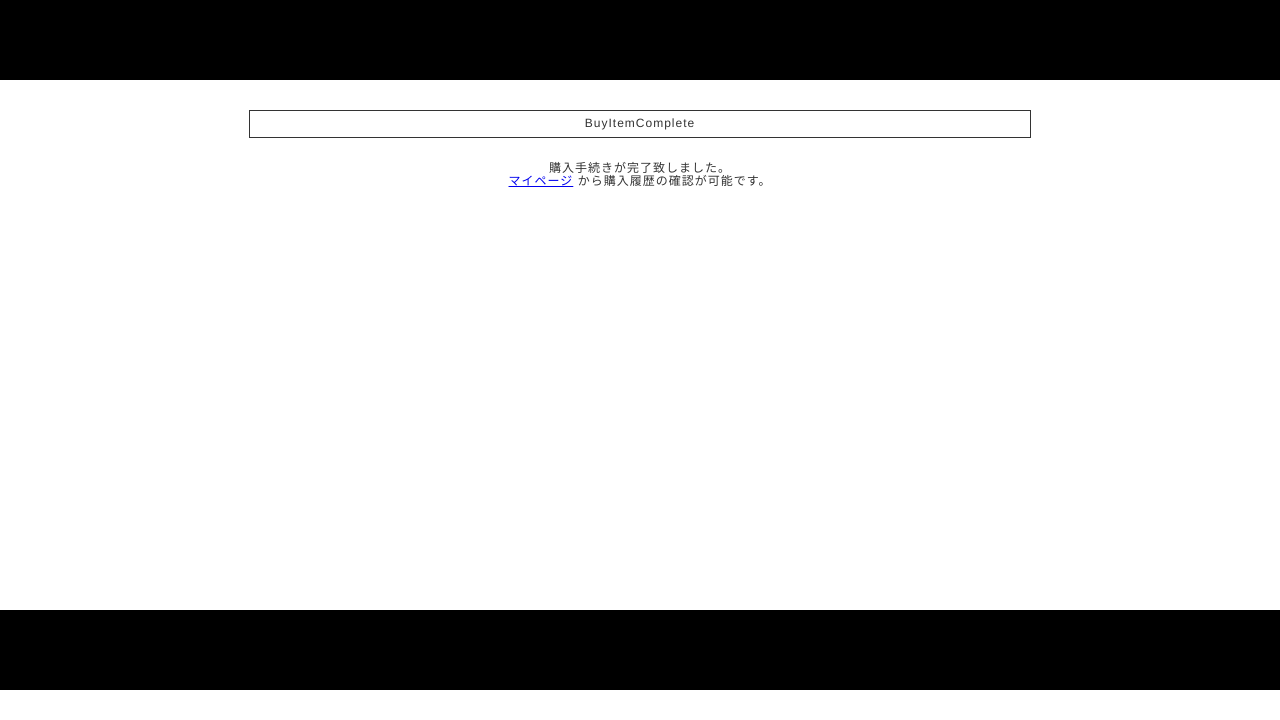
Repository: gjp373/test
Page: http://localhost/template/buyItemComplete.jsp
An editor plug-in stored every save of this project. The page is shown before and after the next save, followed by the edit.
The browser window is 1280 px wide. The pictures show the whole page.
The page is served by Tomcat 9. Other server files are loaded and not shown.

Above is the page before, as saved 2018-03-30 01:36:39.

### template/WebContent/buyItemComplete.jsp
<%@ page language="java" contentType="text/html; charset=UTF-8"
    pageEncoding="UTF-8"%>
<%@ taglib prefix="s" uri="/struts-tags" %>
<!DOCTYPE html>
<html>
<head>
<meta http-equiv="Content-Type" content="text/html; charset=UTF-8"/>
<meta http-equiv="Content-Style-Type" content="text/css"/>
<meta http-equiv="Content-Script-Type" content="text/javascript"/>
<meta http-equiv="imagetoolbar" content="no"/>
<meta name="description" content=""/>
<meta name="keywords" content=""/>
<title>buyItemComplete画面</title>

<style type="text/css">

  body{
    margin:0;
    padding:0;
    line-height:1.6px;
    letter-spacing:1px;
    font-family:Vardana,Helvetica,sans-serif;
    font-size:12px;
    color:#333;
    background:#fff;
  }

  table{
    text-align:center;
    margin:0 auto;
  }

  #top{
    width:780px;
    margin:30px auto;
    border:1px solid #333;

  }

  #header{
    width:100%;
    height:80px;
    background-color:black;
  }

  #main{
    width:100%;
    height:500px;
    text-align:center;
  }

  #footer{
    width:100%;
    height:80px;
    background-color:black;
    clear:both;
  }

  </style>


</head>
<body>

  <div id="header">
    <div id="pr"></div>
  </div>

  <div id="main">
    <div id="top">
      <p>BuyItemComplete</p>
    </div>

  <div>
    <p>購入手続きが完了致しました。</p>

    <div>

     <a href='<s:url action="MyPageAction"/>'>マイページ</a>
     <span>から購入履歴の確認が可能です。</span>

    </div>

  </div>

  </div>

  <div id="footer">
    <div id="pr"></div>
  </div>

</body>
</html>

After the next save:
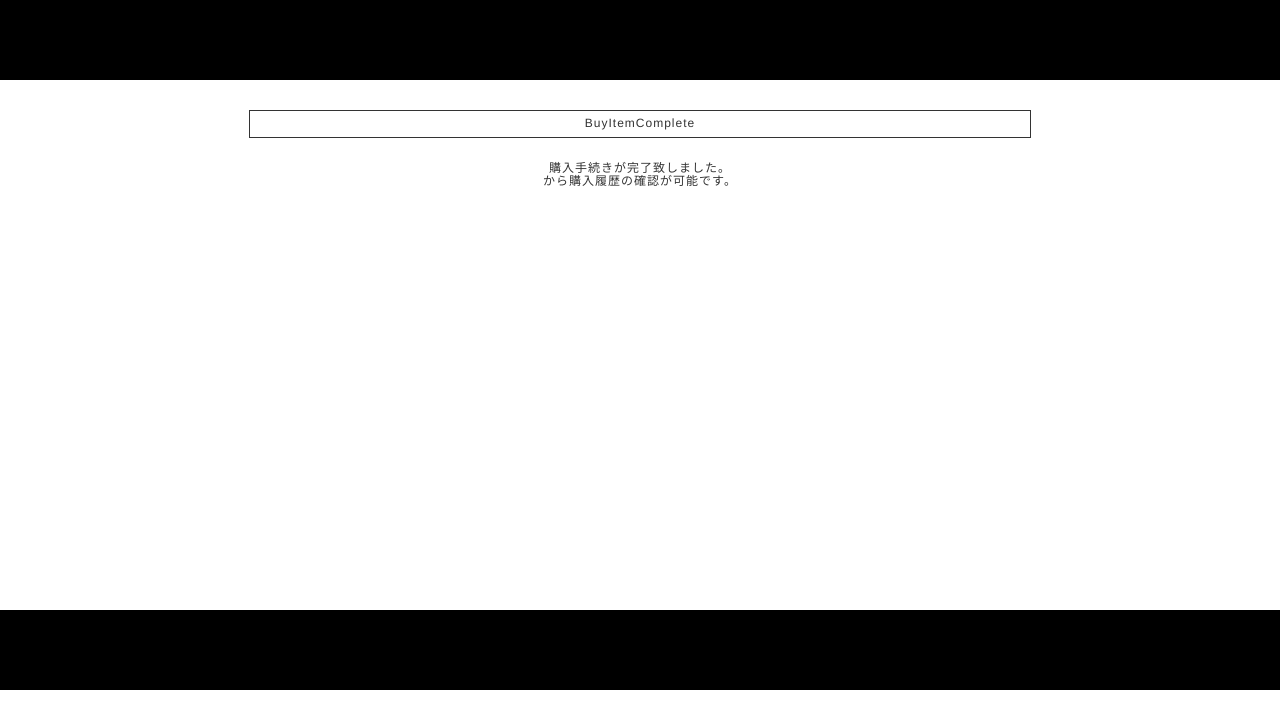
Saved 40 s later.
--- a/template/WebContent/buyItemComplete.jsp
+++ b/template/WebContent/buyItemComplete.jsp
@@ -76,7 +76,7 @@
 
     <div>
 
-     <a href='<s:url action="MyPageAction"/>'>マイページ</a>
+
      <span>から購入履歴の確認が可能です。</span>
 
     </div>

After the save that followed:
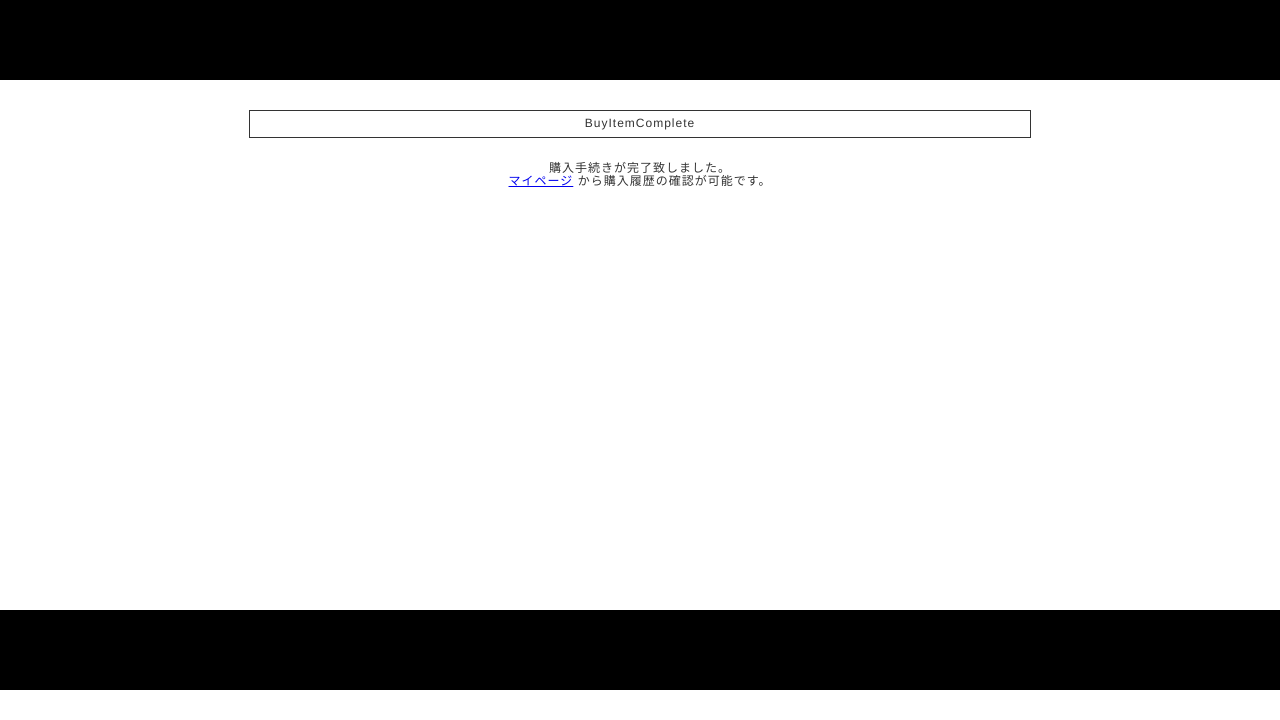
Saved 65 s later.
--- a/template/WebContent/buyItemComplete.jsp
+++ b/template/WebContent/buyItemComplete.jsp
@@ -76,7 +76,7 @@
 
     <div>
 
-
+    <a href='<s:url action="MyPageAction"/>'>マイページ</a>
      <span>から購入履歴の確認が可能です。</span>
 
     </div>
